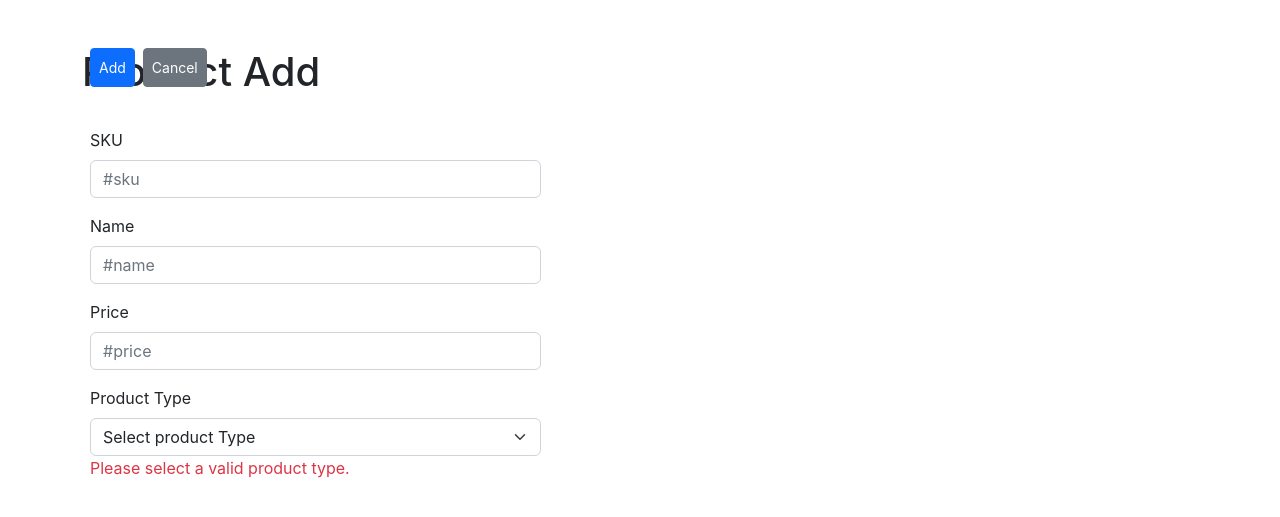
Repository: MagdyAbouelnasr/scandiweb_project
Page: /addproduct
These files come from the project's save history. The page is drawn as it stood at one moment and after the next save; the edit follows.
The browser window is 1280 px wide. The pictures show the whole page.
The project was rebuilt for these pictures with package versions that can differ from the ones it lists, and the page was loaded fresh each time. Also part of the build but not shown: src/App.css, src/components/Product/Product-style.scss, src/components/Product/Product.css, src/components/Pages/ProductList.jsx, src/components/ProductAdd/Book.component.jsx, src/components/ProductAdd/DVD.component.jsx, src/components/ProductAdd/Furniture.component.jsx, src/App.jsx.

Above is the page before, as saved 2023-05-09 01:20:03.

After the next save:
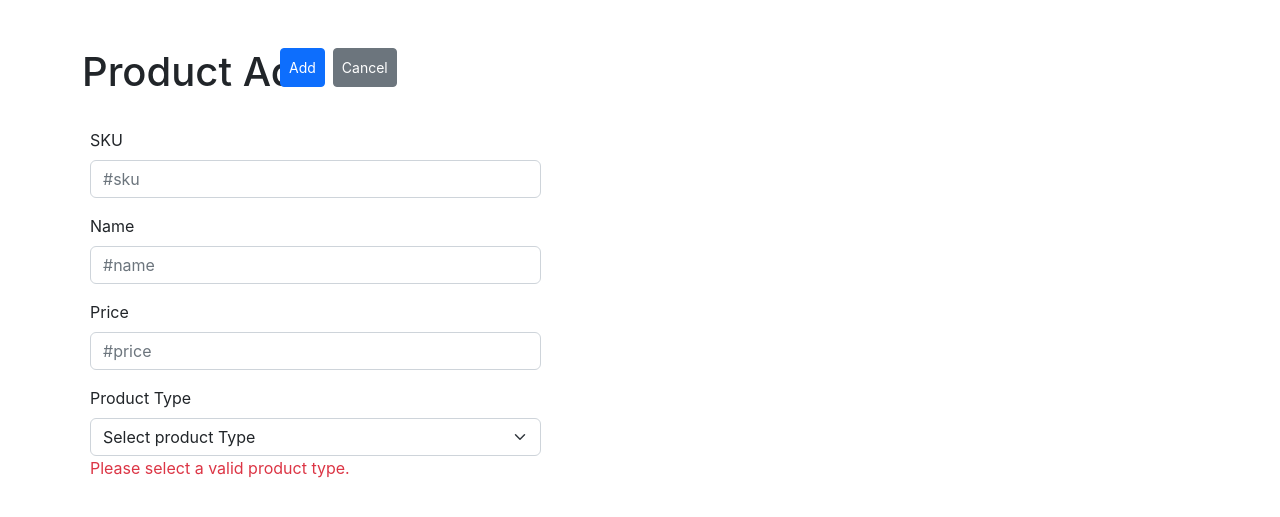
Saved 7 s later.
--- a/src/components/Pages/ProductAdd.jsx
+++ b/src/components/Pages/ProductAdd.jsx
@@ -127,7 +127,7 @@ function ProductAdd() {
       <div className="container  mt-5">
         <div className="row position-relative">
           <h1 className="page-header text-header col-md-8 text-start ">Product Add</h1>
-          <div className="col-4 float-end position-absolute end-40">
+          <div className="col-4 float-end position-absolute end-50">
             <Button type="submit" className="p-2 ms-2" variant="primary" size="sm">
               Add
             </Button>
